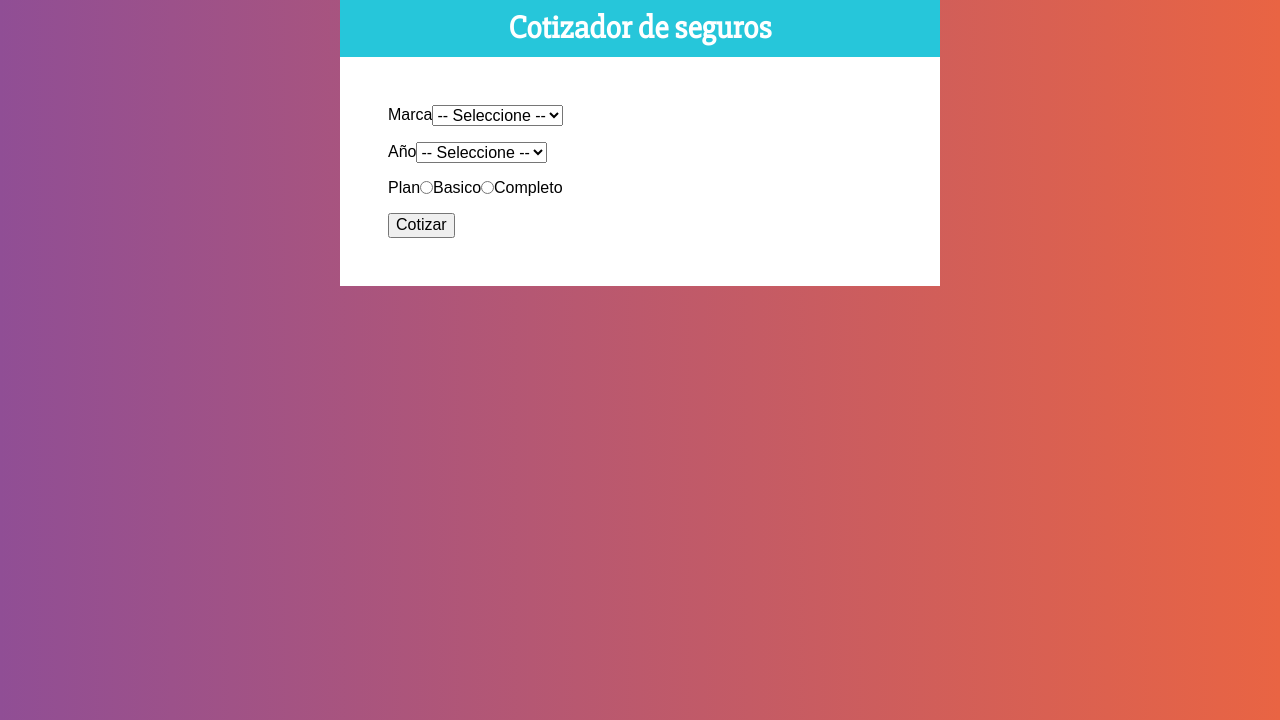
Repository: leonmezu1/cotizadorSeguroReact
Page: /
An editor plug-in stored every save of this project. The page is shown before and after the next save, followed by the edit.
The browser window is 1280 px wide. The pictures show the whole page.
The project was rebuilt for these pictures with package versions that can differ from the ones it lists, and the page was loaded fresh each time.

Above is the page before, as saved 2020-10-09 11:48:53.

After the next save:
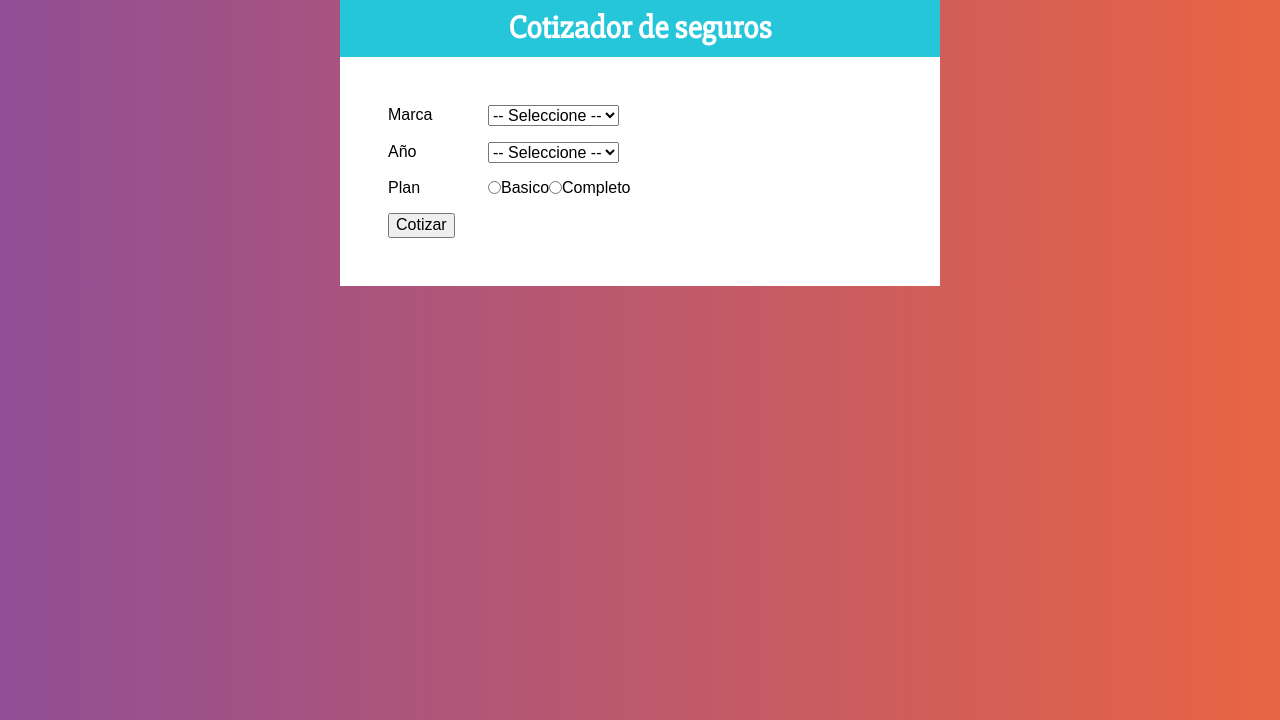
Saved 86 s later.
--- a/src/components/Formulario.js
+++ b/src/components/Formulario.js
@@ -7,11 +7,15 @@ const Campo = styled.div`
   align-items: center;
 `;
 
+const Label = styled.div`
+  flex: 0 0 100px;
+`;
+
 const Formulario = () => {
   return (
     <form>
       <Campo>
-        <label>Marca</label>
+        <Label>Marca</Label>
         <select>
           <option value="">-- Seleccione --</option>
           <option value="americano">Americano</option>
@@ -20,7 +24,7 @@ const Formulario = () => {
         </select>
       </Campo>
       <Campo>
-        <label>Año</label>
+        <Label>Año</Label>
         <select>
           <option value="">-- Seleccione --</option>
           <option value="2021">2021</option>
@@ -36,7 +40,7 @@ const Formulario = () => {
         </select>
       </Campo>
       <Campo>
-        <label>Plan</label>
+        <Label>Plan</Label>
         <input type="radio" name="plan" value="basico" /> Basico
         <input type="radio" name="plan" value="completo" /> Completo
       </Campo>
